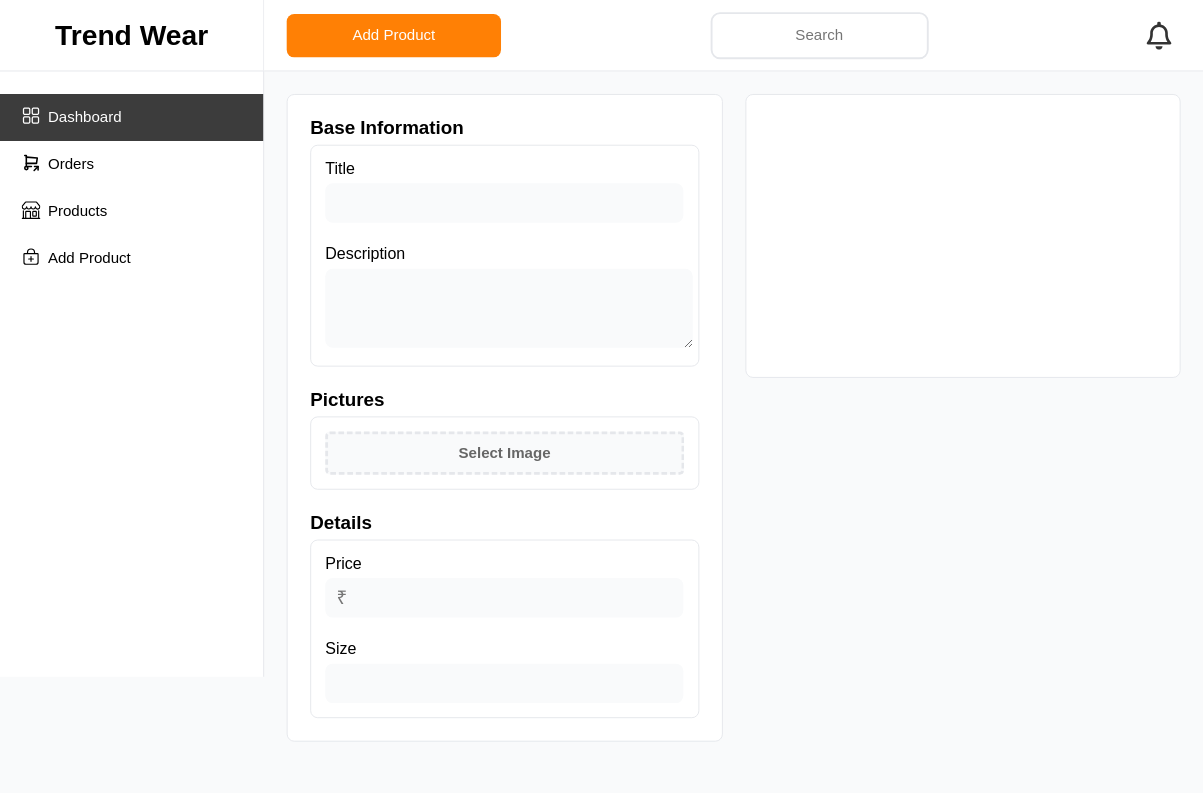
Repository: ahmad-dev7/TrendWear
Page: / (app in trend_wear_dashboard/)
These files come from the project's save history. The page is drawn as it stood at one moment and after the next save; the edit follows.
The browser window is 1280 px wide. The pictures show the whole page, at 94% of full size.
The project was rebuilt for these pictures with package versions that can differ from the ones it lists, and the page was loaded fresh each time. Also part of the build but not shown: trend_wear_dashboard/vite.config.ts.

Above is the page before, as saved 2025-01-20 11:52:02.

After the next save:
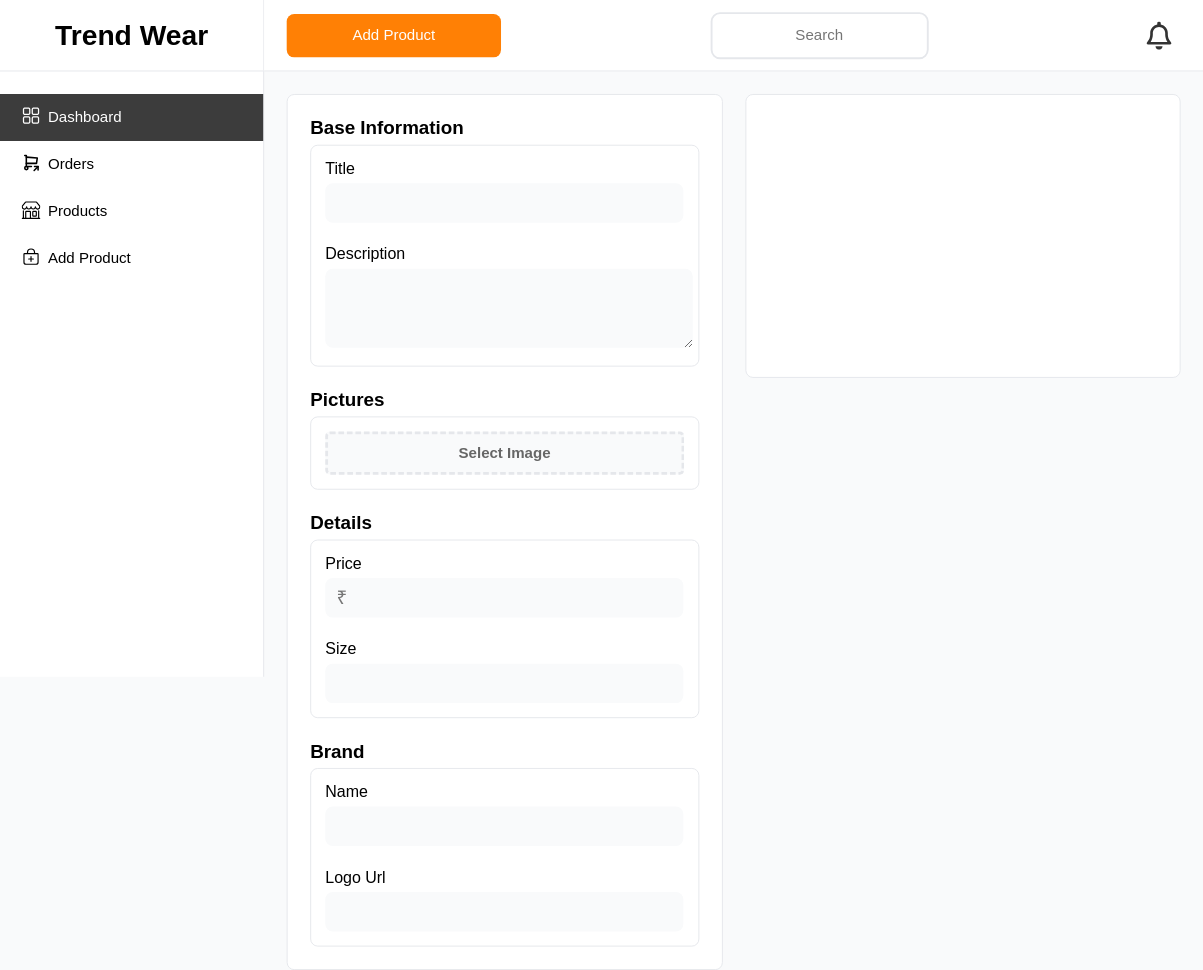
Saved 12 min 35 s later.
--- a/trend_wear_dashboard/src/Components/AddProduct/ProductDetails.tsx
+++ b/trend_wear_dashboard/src/Components/AddProduct/ProductDetails.tsx
@@ -25,6 +25,13 @@ const ProductDetails = () => {
           <Spacer height="24px" />
           <LabeledInputField>Size</LabeledInputField>
         </DetailsSectionContainer>
+
+        <Spacer height="24px" />
+        <DetailsSectionContainer heading="Brand">
+          <LabeledInputField>Name</LabeledInputField>
+          <Spacer height="24px" />
+          <LabeledInputField>Logo Url</LabeledInputField>
+        </DetailsSectionContainer>
       </div>
     </>
   );
